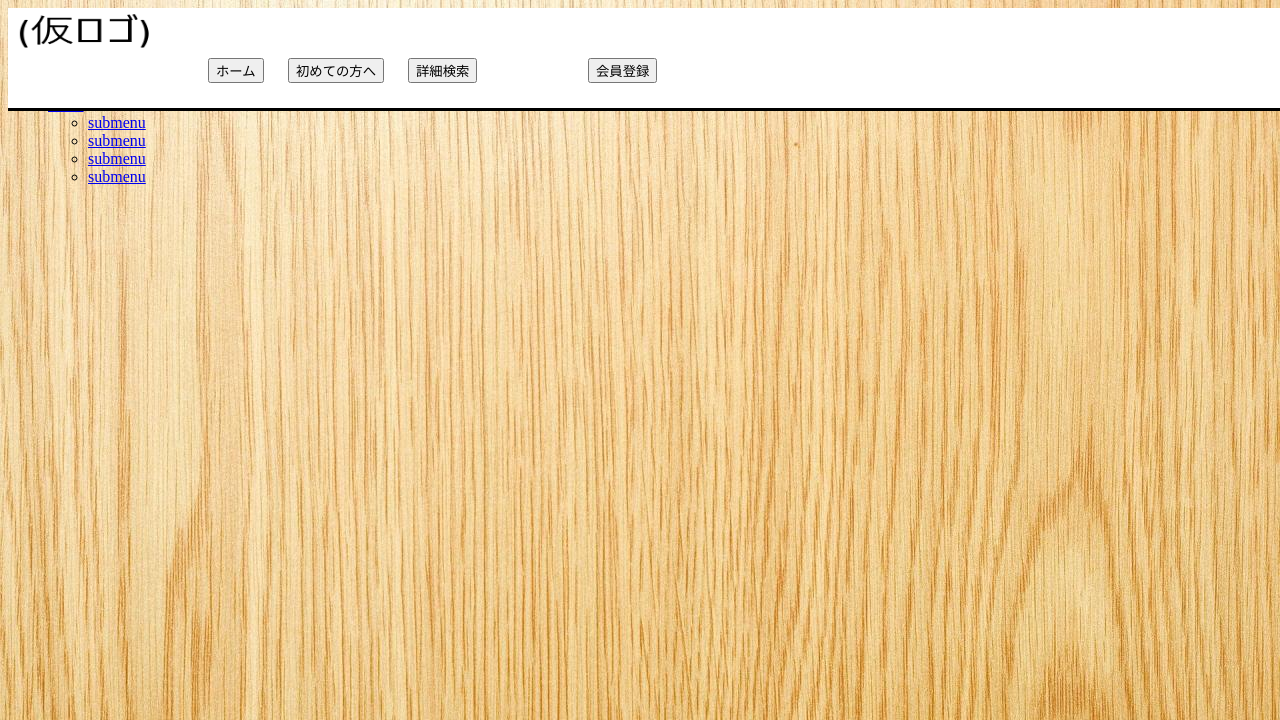
Repository: k0816/backup-master
Page: http://localhost/cycle/includeHeader.jsp
An editor plug-in stored every save of this project. The page is shown before and after the next save, followed by the edit.
The browser window is 1280 px wide. The pictures show the whole page.
The page is served by Tomcat 9.

Above is the page before, as saved 2018-01-09 07:04:18.

After the next save:
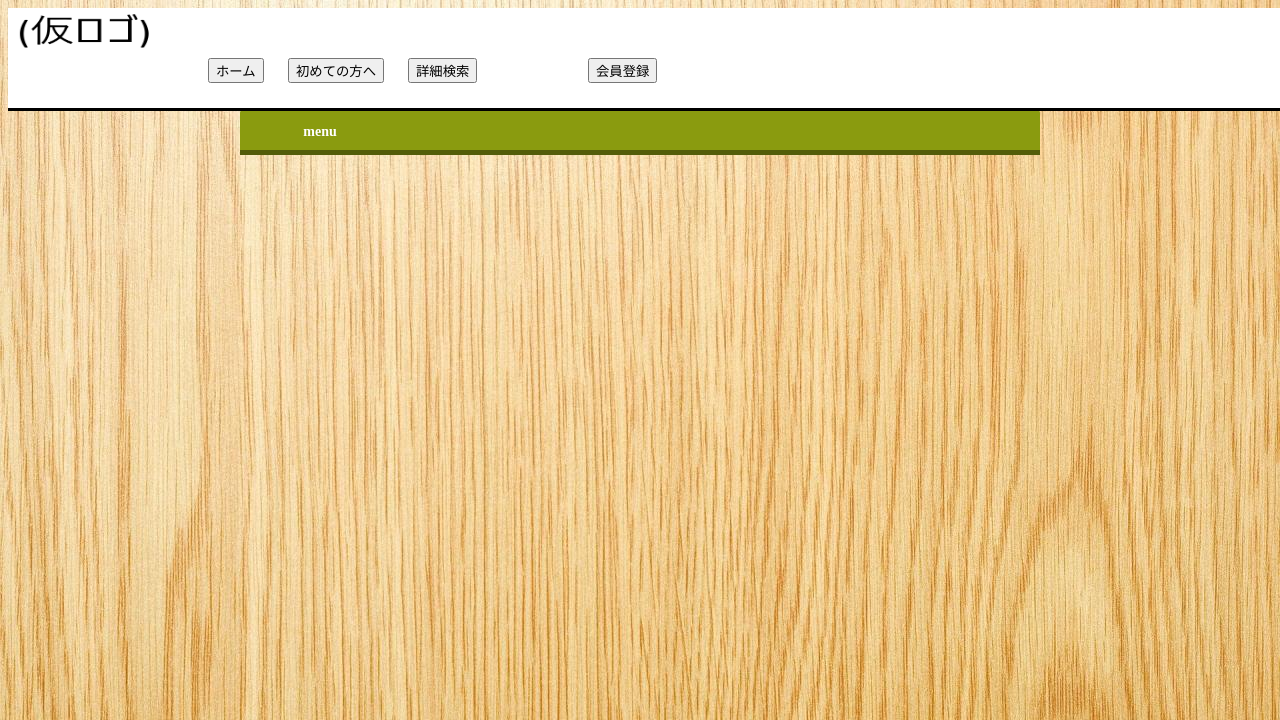
Saved 95 s later.
--- a/cycle/WebContent/includeHeader.jsp
+++ b/cycle/WebContent/includeHeader.jsp
@@ -175,20 +175,16 @@ body {
 	<br>
 
 
-	<ul id="normal" class="dropmenu">
+	<ul id="dropmenu">
 		<li><a href="#">menu</a>
 			<ul>
 				<li><a href="#">submenu</a></li>
 				<li><a href="#">submenu</a></li>
 				<li><a href="#">submenu</a></li>
 				<li><a href="#">submenu</a></li>
-			</ul></li>
+			</ul>
+		</li>
 	</ul>
-
-
-
-
-
 
 
 	<br>
